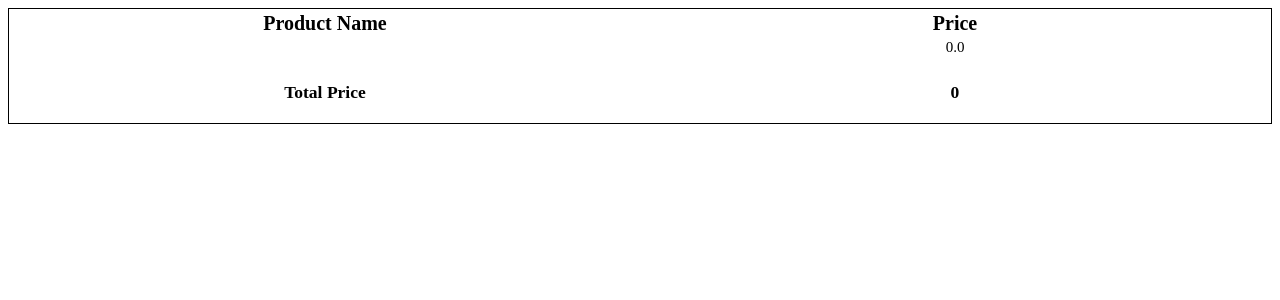
Repository: FatCat0712/JSP
Page: http://localhost/bai_20/donHang.jsp
An editor plug-in stored every save of this project. The page is shown before and after the next save, followed by the edit.
The browser window is 1280 px wide. The pictures show the whole page.
The page is served by Tomcat 9.

Above is the page before, as saved 2024-04-22 14:00:41.

After the next save:
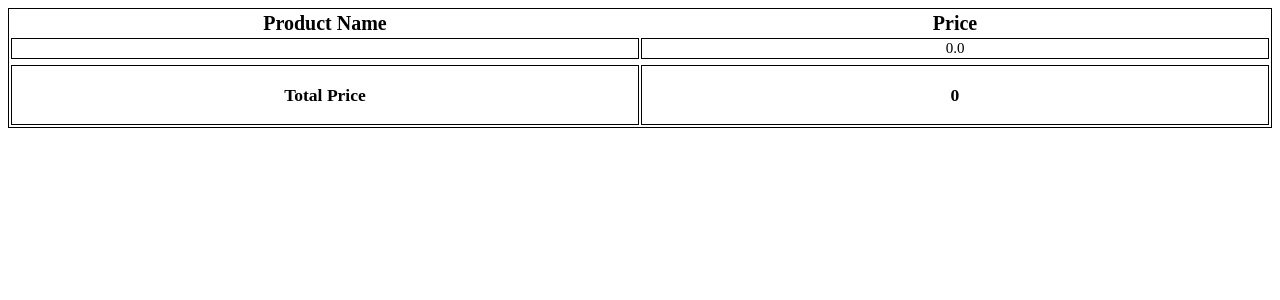
Saved 35 s later.
--- a/bai_20/src/main/webapp/donHang.jsp
+++ b/bai_20/src/main/webapp/donHang.jsp
@@ -9,6 +9,8 @@
 	td{
 		font-size: 15px;
 		text-align: center;
+		border: 1px solid;
+		border-collapse: collapse;
 	}
 </style>
 </head>
